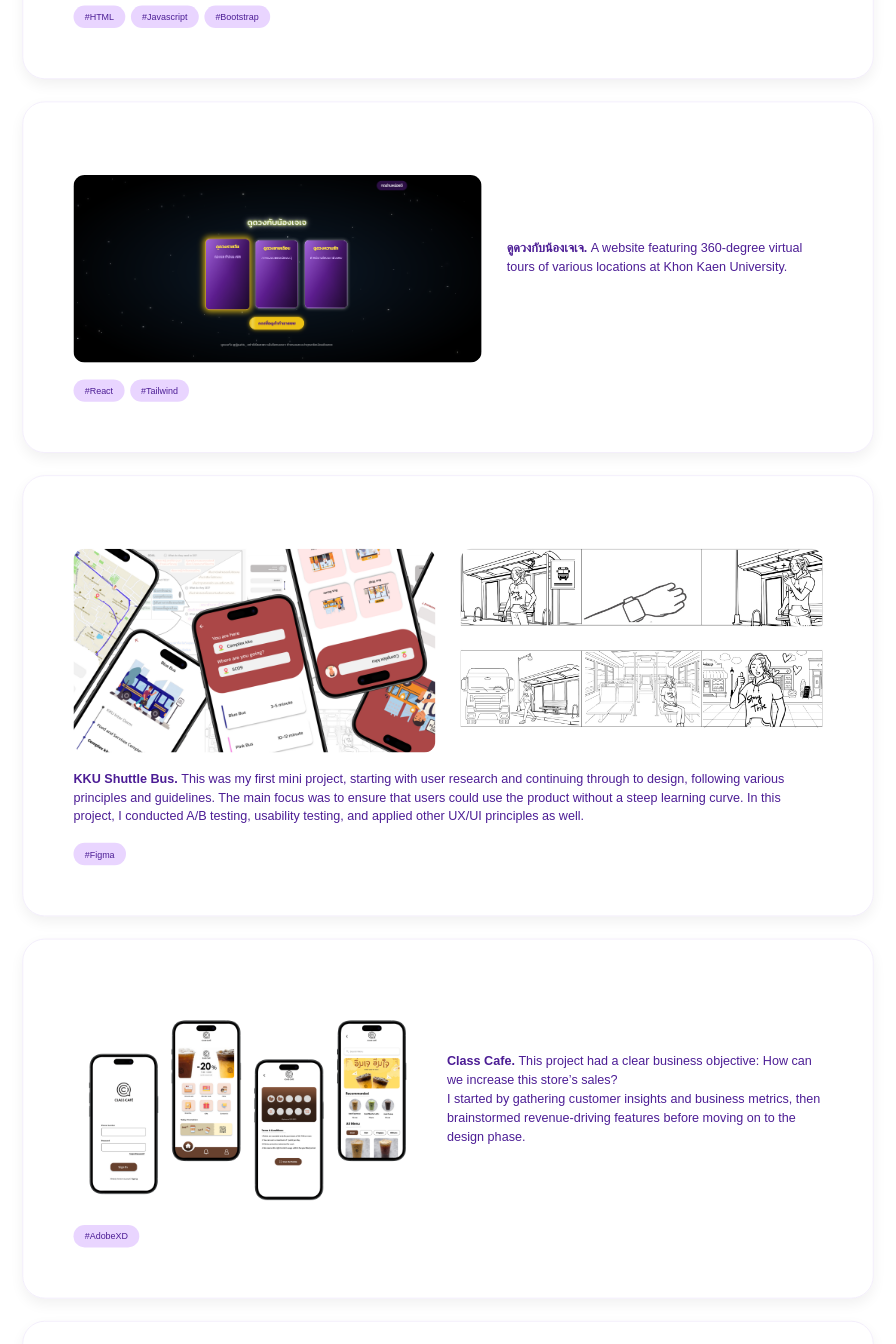
Repository: PattarasayaJJ/Portfolio-jjpatts
Page: /works
An editor plug-in stored every save of this project. The page is shown before and after the next save, followed by the edit.
The browser window is 1280 px wide. The pictures show the part of the page from y = 1500 to 3420 px (the page is 4690 px tall before and 4676 px after), at 70% of full size.
The project was rebuilt for these pictures with package versions that can differ from the ones it lists, and the page was loaded fresh each time. Also part of the build but not shown: vite.config.js, vite.config.ts, src/header.css, src/components/Hero.jsx, src/components/Aboutme.tsx.

Above is the page before, as saved 2025-08-01 00:06:27.

After the next save:
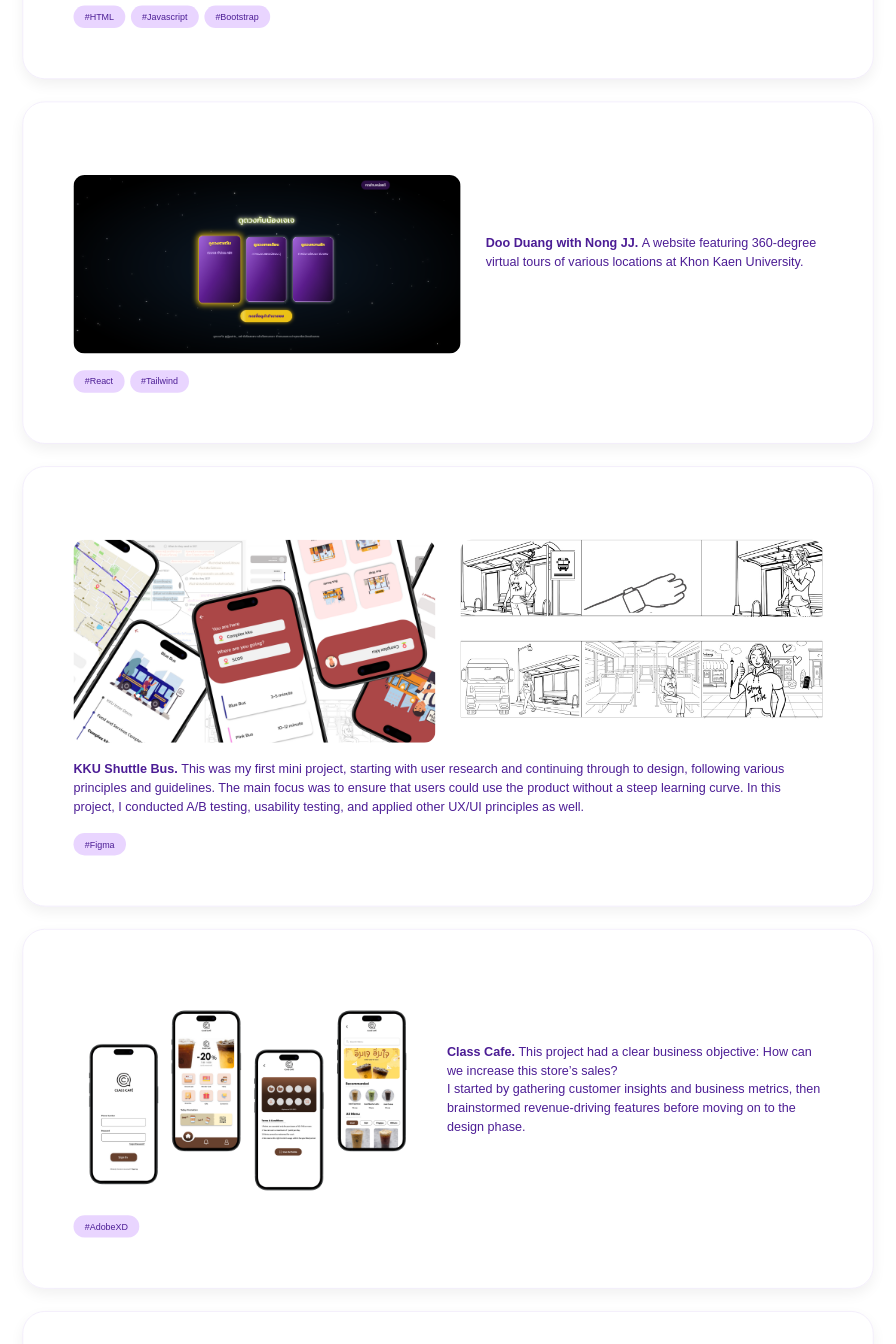
Saved 48 s later.
--- a/src/components/Works.jsx
+++ b/src/components/Works.jsx
@@ -167,7 +167,7 @@ A website featuring 360-degree virtual tours of various locations at Khon Kaen U
 
               <div className="final-project-content">
 
-<p> <span className='appname'>ดูดวงกับน้องเจเจ. </span>
+<p> <span className='appname'>Doo Duang with Nong JJ. </span>
 A website featuring 360-degree virtual tours of various locations at Khon Kaen University.</p>
 </div>
 
